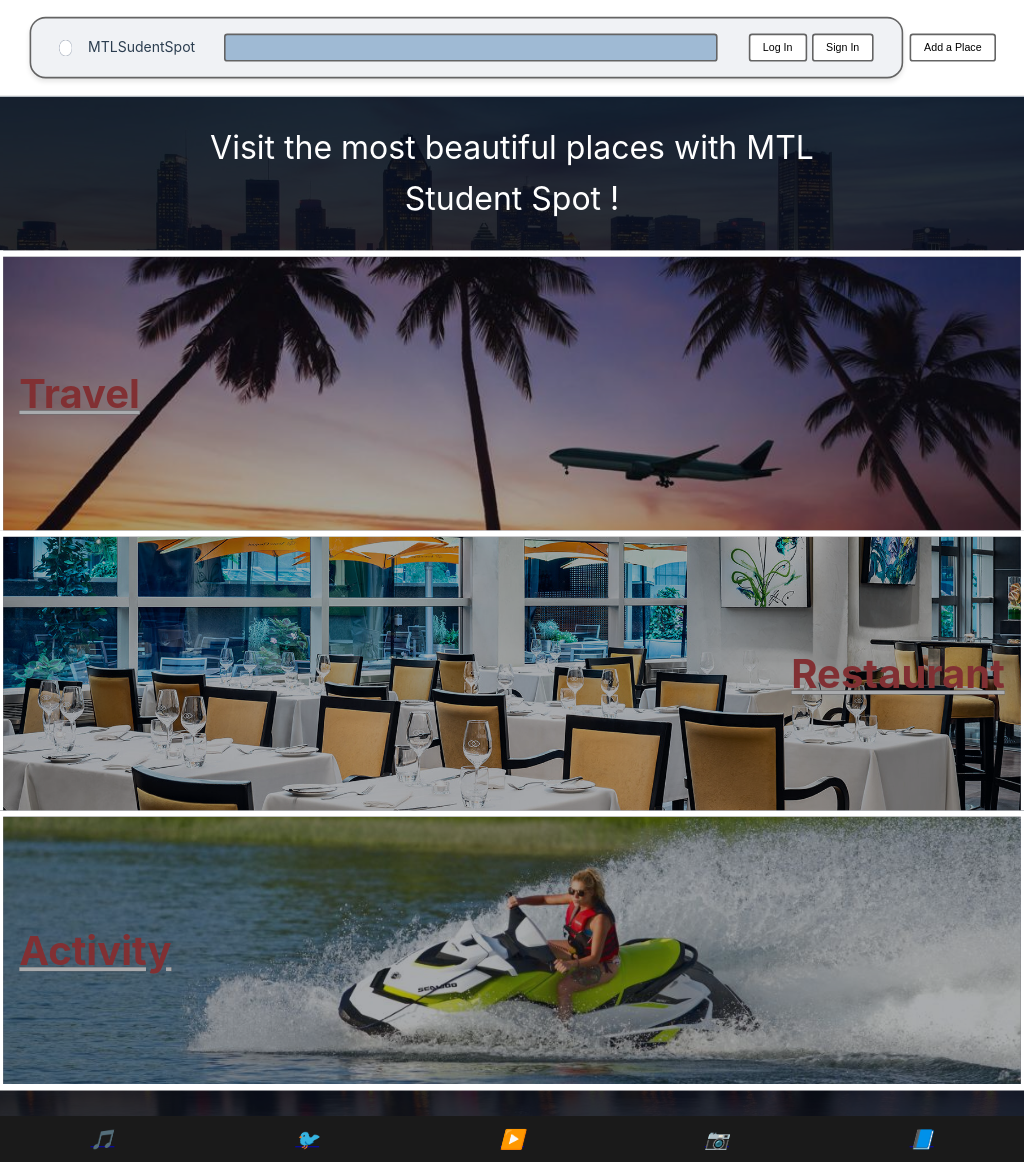
Repository: KevMn6ix/MOD8-2232-GRA-Damois-Leroi--Morant-Munto
Page: / (app in client/)
These files come from the project's save history. The page is drawn as it stood at one moment and after the next save; the edit follows.
The browser window is 1280 px wide. The pictures show the whole page, at 80% of full size.
The project was rebuilt for these pictures with package versions that can differ from the ones it lists, and the page was loaded fresh each time. Also part of the build but not shown: client/vite.config.js, client/src/components/HelloWorld.vue, client/src/services/Api.js, client/src/services/AuthentificationService.js, client/src/components/Login.vue, client/src/views/LoginPage.vue, client/src/components/PlaceItem.vue, client/src/components/PlaceList.vue.

Above is the page before, as saved 2023-10-18 14:59:44.

After the next save:
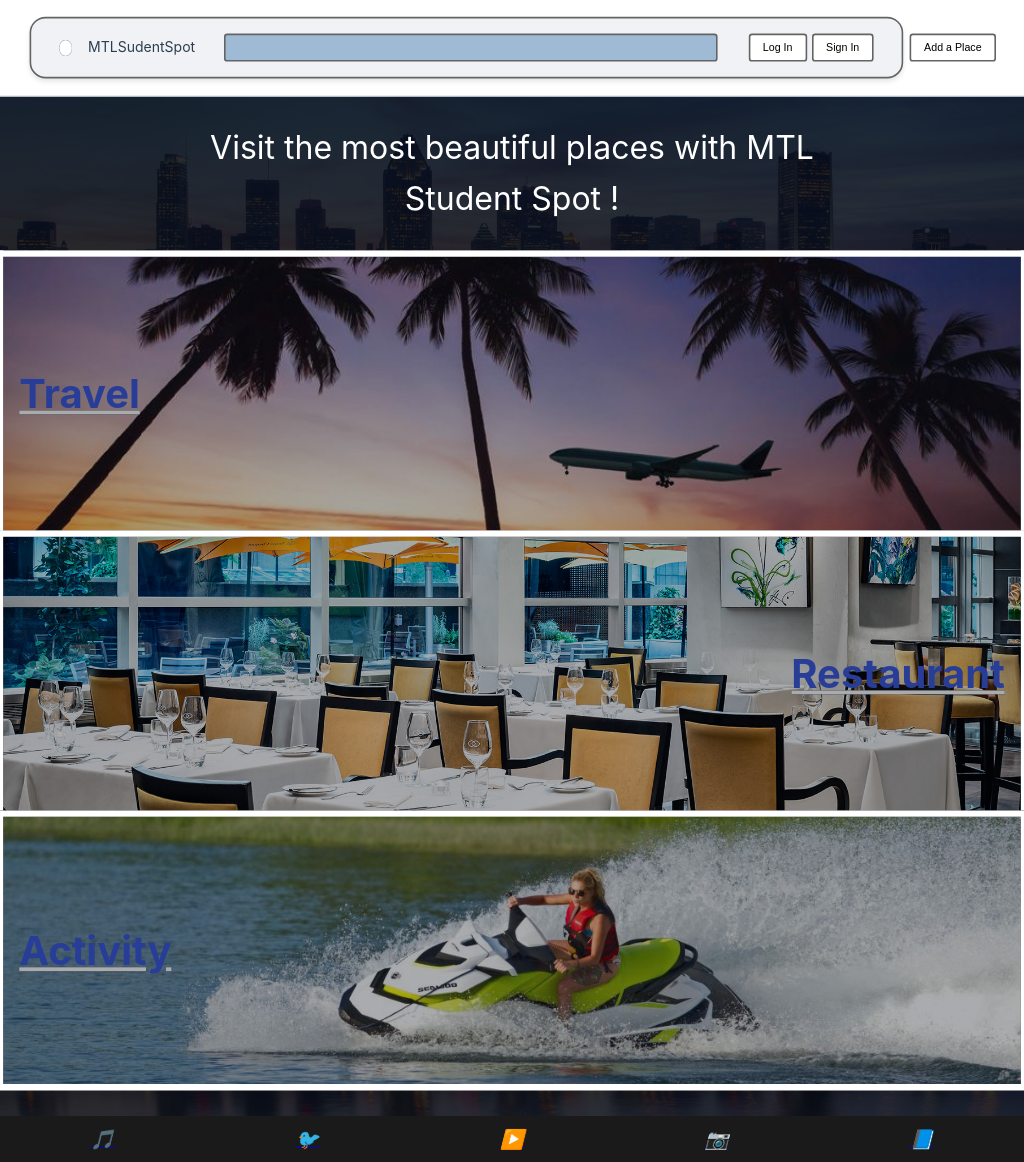
Saved 9 s later.
--- a/client/src/components/RowLandingPage.vue
+++ b/client/src/components/RowLandingPage.vue
@@ -38,7 +38,7 @@ const rowProps = defineProps({
 
 #sub-travel, #sub-restaurant, #sub-activity{
 
-    color: rgb(194, 69, 69);
+    color: rgb(59, 89, 221);
     font-weight: bold;
     font-size: 50px;
 
